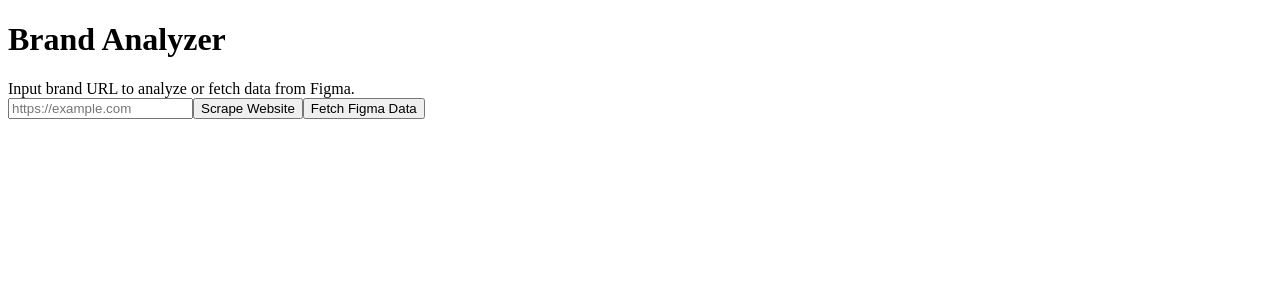
Repository: theethanwright/ai-plugin-template
Page: /
These files come from the project's save history. The page is drawn as it stood at one moment and after the next save; the edit follows.
The browser window is 1280 px wide. The pictures show the whole page.
The project was rebuilt for these pictures with package versions that can differ from the ones it lists, and the page was loaded fresh each time. The framework's server and built-in components were replaced by stand-ins that run in the browser.

Above is the page before, as saved 2024-07-03 09:24:35.

### app/page.tsx
"use client";

import { figmaAPI, FigmaData } from "@/lib/figmaAPI";
import { useState } from "react";
import { callData, WebsiteData } from "@/lib/callData";

const Plugin: React.FC = () => {
  const [url, setUrl] = useState<string>("");
  const [scrapedData, setScrapedData] = useState<WebsiteData | null>(null);
  const [figmaData, setFigmaData] = useState<FigmaData | null>(null);
  const [error, setError] = useState<string | null>(null);

  async function fetchFigmaData(fileKey: string) {
    try {
      console.log("Fetching data from Figma API with fileKey:", fileKey);
      const data = await figmaAPI.getFile(fileKey);
      console.log("Received data from Figma API:", data);
      setFigmaData(data);
    } catch (error) {
      console.error("Error fetching data from Figma API:", error);
      setError(error instanceof Error ? error.message : "An unknown error occurred while fetching Figma data");
    }
  }

  async function streamAIResponse(data: WebsiteData) {
    try {
      console.log("Sending data to /api/completion:", data);
      const resp = await fetch("/api/completion", {
        method: "POST",
        headers: {
          "Content-Type": "application/json",
        },
        body: JSON.stringify(data),
      });

      if (!resp.body) {
        throw new Error("No response body");
      }

      const reader = resp.body.getReader();
      const decoder = new TextDecoder("utf-8");
      let result = "";

      while (true) {
        const { value, done } = await reader.read();
        if (done) break;
        result += decoder.decode(value);
      }

      console.log("Received response from /api/completion:", result);

      try {
        const jsonResult = JSON.parse(result);
        setScrapedData(jsonResult);
      } catch (parseError) {
        throw new Error(`Failed to parse JSON: ${parseError.message}`);
      }

    } catch (error) {
      console.error("Error in streamAIResponse:", error);
      setError(error instanceof Error ? error.message : 'An unknown error occurred');
    }
  }

  const scrapeBrand = async () => {
    try {
      console.log("Starting scrapeBrand with URL:", url);
      const data = await callData(url);
      console.log("Received data from callData:", data);

      await streamAIResponse(data);
      setError(null); // Clear any previous error
    } catch (error) {
      console.error("Error in scrapeBrand:", error);
      if (error instanceof Error) {
        setError(error.message);
      } else {
        setError('An unknown error occurred');
      }
    }
  };

  const handleFigmaFetch = async () => {
    const figmaFileKey = prompt("Enter the Figma file key:");
    if (figmaFileKey) {
      await fetchFigmaData(figmaFileKey);
    }
  };

  return (
    <div className="flex flex-col items-center min-h-screen bg-gray-900 text-white">
      <h1 className="text-4xl font-bold mb-5 mt-2">Brand Analyzer</h1>
      <div className="text-sm mb-5 text-gray-300">Input brand URL to analyze or fetch data from Figma.</div>
      <div className="flex flex-row gap-2">
        <input
          type="text"
          value={url}
          onChange={(e) => setUrl(e.target.value)}
          placeholder="https://example.com"
          className="mb-5 p-2 px-4 rounded bg-gray-800 text-white"
        />
        <button
          onClick={scrapeBrand}
          className="mb-5 p-2 px-4 rounded bg-green-600 text-white hover:bg-green-700"
        >
          Scrape Website
        </button>
        <button
          onClick={handleFigmaFetch}
          className="mb-5 p-2 px-4 rounded bg-blue-600 text-white hover:bg-blue-700"
        >
          Fetch Figma Data
        </button>
      </div>
      {error && (
        <div className="border border-red-600 rounded p-5 bg-red-800 shadow-lg m-2 text-gray-200">
          <p className="text-md">Error: {error}</p>
        </div>
      )}
      {scrapedData && (
        <div className="border border-gray-600 rounded p-5 bg-gray-800 shadow-lg m-2 text-gray-200">
          <pre className="whitespace-pre-wrap">
            <p className="text-md">Scraped Data: {JSON.stringify(scrapedData, null, 2)}</p>
          </pre>
        </div>
      )}
      {figmaData && (
        <div className="border border-gray-600 rounded p-5 bg-gray-800 shadow-lg m-2 text-gray-200">
          <pre className="whitespace-pre-wrap">
            <p className="text-md">Figma Data: {JSON.stringify(figmaData, null, 2)}</p>
          </pre>
        </div>
      )}
    </div>
  );
};

export default Plugin;

### my-app/lib/figmaAPI.ts
/**
 * This is a magic file that allows us to run code in the Figma plugin context
 * from the iframe. It does this by getting the code as a string, and sending it
 * to the plugin via postMessage. The plugin then evals the code and sends the
 * result back to the iframe. There are a few caveats:
 * 1. The code cannot reference any variables outside of the function. This is
 *   because the code is stringified and sent to the plugin, and the plugin
 *   evals it. The plugin has no access to the variables in the iframe.
 * 2. The return value of the function must be JSON serializable. This is
 *    because the result is sent back to the iframe via postMessage, which only
 *    supports JSON.
 *
 * You can get around these limitations by passing in the variables you need
 * as parameters to the function.
 *
 * @example
 * ```ts
 * const result = await figmaAPI.run((figma, {nodeId}) => {
 *   return figma.getNodeById(nodeId)?.name;
 * }, {nodeId: "0:2"});
 *
 * console.log(result); // "Page 1"
 * ```
 */
class FigmaAPI {
  private id = 0;

  /**
   * Run a function in the Figma plugin context. The function cannot reference
   * any variables outside of itself, and the return value must be JSON
   * serializable. If you need to pass in variables, you can do so by passing
   * them as the second parameter.
   */
  run<T, U>(
    fn: (figma: PluginAPI, params: U) => Promise<T> | T,
    params?: U,
  ): Promise<T> {
    return new Promise((resolve, reject) => {
      const id = this.id++;
      const cb = (event: MessageEvent) => {
        if (
          event.origin !== "https://www.figma.com" &&
          event.origin !== "https://staging.figma.com"
        ) {
          return;
        }

        if (event.data.pluginMessage?.type === "EVAL_RESULT") {
          if (event.data.pluginMessage.id === id) {
            window.removeEventListener("message", cb);
            resolve(event.data.pluginMessage.result);
          }
        }

        if (event.data.pluginMessage?.type === "EVAL_REJECT") {
          if (event.data.pluginMessage.id === id) {
            window.removeEventListener("message", cb);
            const message = event.data.pluginMessage.error;
            reject(
              new Error(
                typeof message === "string"
                  ? message
                  : "An error occurred in FigmaAPI.run()",
              ),
            );
          }
        }
      };
      window.addEventListener("message", cb);

      const msg = {
        pluginMessage: {
          type: "EVAL",
          code: fn.toString(),
          id,
          params,
        },
        pluginId: "*",
      };

      ["https://www.figma.com", "https://staging.figma.com"].forEach(
        (origin) => {
          try {
            parent.postMessage(msg, origin);
          } catch {}
        },
      );
    });
  }
}

export const figmaAPI = new FigmaAPI();

### lib/callData.ts
// Define the types for the data you expect to receive from the API
export interface WebsiteData {
    text: string;
    css: string[];
    colors: string[];
    screenshot: string; // Buffer will be converted to a base64 string for JSON
  }

  export async function callData(url: string): Promise<WebsiteData> {
    try {
      const response = await fetch(`/api/?url=${encodeURIComponent(url)}`, {
        method: "GET", // Explicitly specifying the GET method
      });
      console.log(`Response status: ${response.status}`);

      if (!response.ok) {
        console.error('Failed to fetch scraped data:', response.statusText);
        throw new Error('Failed to fetch scraped data');
      }

      const data: WebsiteData = await response.json();
      console.log('Fetched data:', data);
      return data;
    } catch (error) {
      console.error('Error in callData:', error);
      throw error;
    }
  }

After the next save:
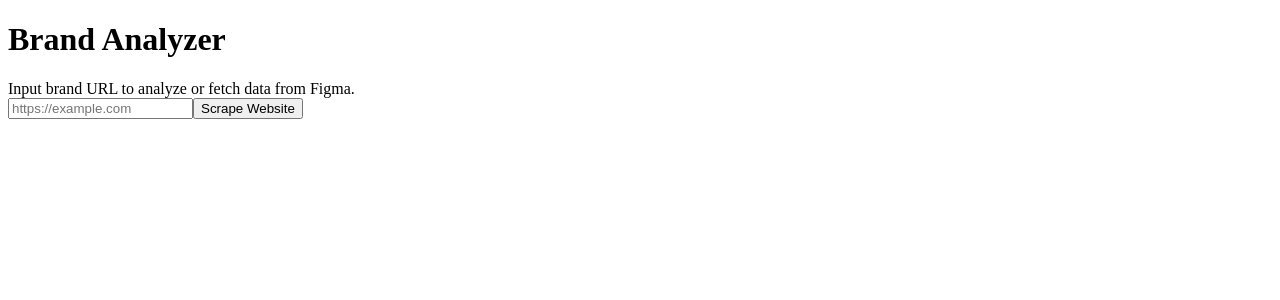
Saved 3 min 8 s later.
--- a/app/page.tsx
+++ b/app/page.tsx
@@ -9,18 +9,6 @@ const Plugin: React.FC = () => {
   const [scrapedData, setScrapedData] = useState<WebsiteData | null>(null);
   const [figmaData, setFigmaData] = useState<FigmaData | null>(null);
   const [error, setError] = useState<string | null>(null);
-
-  async function fetchFigmaData(fileKey: string) {
-    try {
-      console.log("Fetching data from Figma API with fileKey:", fileKey);
-      const data = await figmaAPI.getFile(fileKey);
-      console.log("Received data from Figma API:", data);
-      setFigmaData(data);
-    } catch (error) {
-      console.error("Error fetching data from Figma API:", error);
-      setError(error instanceof Error ? error.message : "An unknown error occurred while fetching Figma data");
-    }
-  }
 
   async function streamAIResponse(data: WebsiteData) {
     try {
@@ -105,12 +93,6 @@ const Plugin: React.FC = () => {
         >
           Scrape Website
         </button>
-        <button
-          onClick={handleFigmaFetch}
-          className="mb-5 p-2 px-4 rounded bg-blue-600 text-white hover:bg-blue-700"
-        >
-          Fetch Figma Data
-        </button>
       </div>
       {error && (
         <div className="border border-red-600 rounded p-5 bg-red-800 shadow-lg m-2 text-gray-200">
